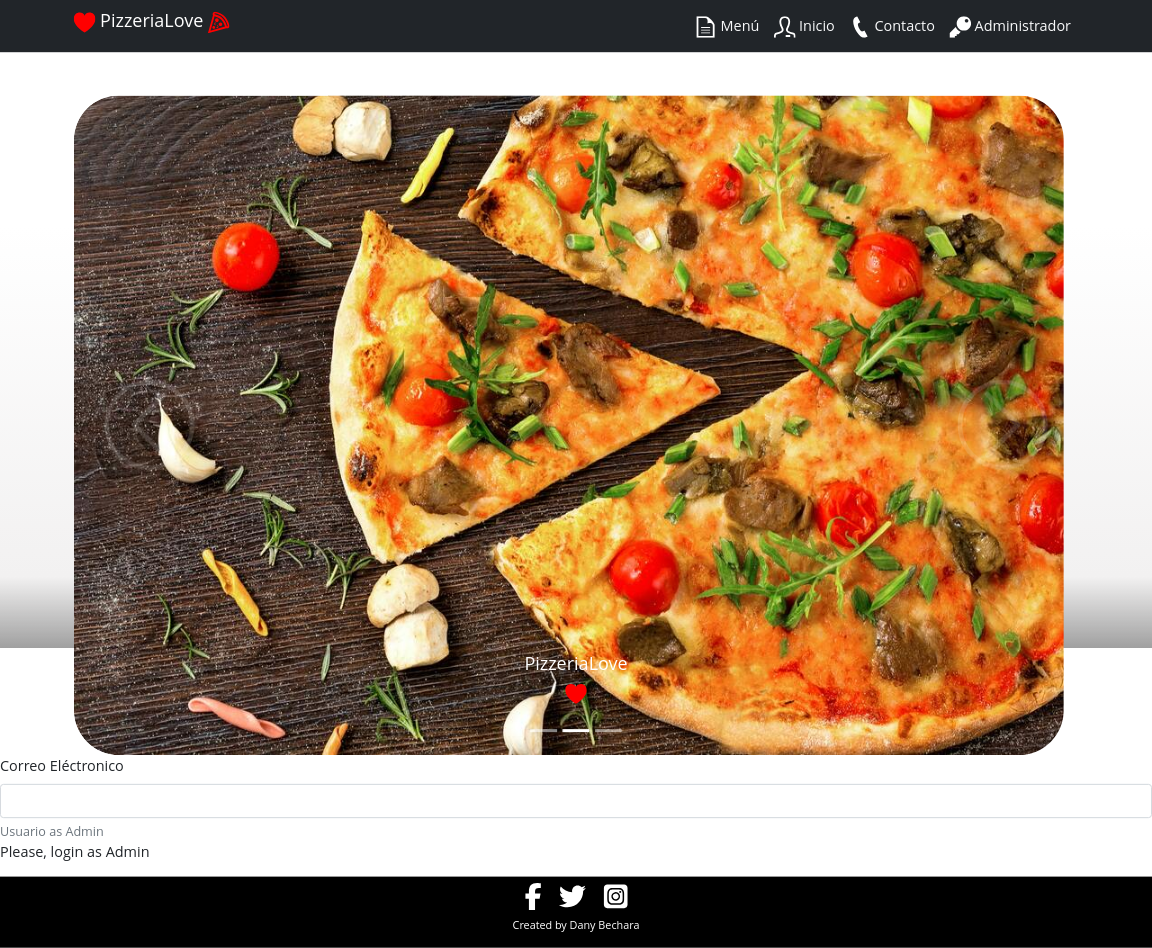
Repository: bechara611/PizzeriaLove
Page: /administrador
The author's editor kept a copy of each file at every save. The page is drawn from the files as they stood at one save, then again after the next save.
The browser window is 1280 px wide. The pictures show the whole page, at 90% of full size.
The page's requests for data from a server got no answer. Backgrounds fixed to the window are drawn as part of the page. The project was rebuilt for these pictures with package versions that can differ from the ones it lists, and the page was loaded fresh each time. No one was signed in, and anything a server would have sent is missing. Also part of the build but not shown: src/App.css, src/App.js, src/Componentes/Menu.css, src/Firebase/Borrar.js, src/Componentes/Menu.js, src/Componentes/FormularioAgregarMenu.css, src/Elementos/Alerta.js.

Above is the page before, as saved 2022-02-23 09:09:26.

### src/index.js
import React,{useState} from 'react';
import ReactDOM from 'react-dom';
import './index.css';
import 'bootstrap/dist/css/bootstrap.css'
import 'bootstrap/dist/js/bootstrap.bundle.min';
import Header from './Componentes/Header';
import {BrowserRouter,Route, Routes,NavLink} from 'react-router-dom'
import {App,App2} from './App';
import WebFont from 'webfontloader'
import './index.css'
import Carousel from './Componentes/Carousel';
import Menu from './Componentes/Menu';
import Footer from './Componentes/Footer';
import { FormularioAgregarMenu } from './Componentes/FormularioAgregarMenu';

WebFont.load({
  google: {
    families: ['Open Sans:400,500,700', 'Sans-serif']
  }
});

const Index = () => {
  const [administrador,cambiaradministrador]=useState(false);
  return (
  <BrowserRouter>
     <Header administrador={administrador} cambiaradministrador={cambiaradministrador}></Header>
   <Carousel></Carousel>

    <Routes>
    <Route path='/' element={<Menu borrar={false} />} ></Route>
    <Route path='/administrador' element={<FormularioAgregarMenu />} ></Route>
    <Route path='/inicio' element={<Menu borrar={false} />} ></Route>
    </Routes>
    <Footer></Footer>
    </BrowserRouter>
    );
}


ReactDOM.render(

  <Index />,
  document.getElementById('root')
);

### src/index.css
* {
  margin: 0;
  font-family:'Open Sans';
  /* Permalink - use to edit and share this gradient: https://colorzilla.com/gradient-editor/#ffffff+0,ffffff+100&1+0,0+100;White+to+Transparent */



}


body
{
  background: rgb(255,255,255);
  background: linear-gradient(180deg, rgba(255,255,255,1) 0%, rgba(255,255,255,1) 35%, rgba(242,241,241,1) 89%, rgba(10,10,10,0.38699229691876746) 100%);

  background-attachment:fixed;
}

### src/Componentes/Header.js
import {NavLink} from 'react-router-dom'
import styled from 'styled-components';
import { BotonTipoNavLink,BotonTipoNavLinkA } from '../Elementos/BotonTipoNavLink';
import {Pizza2,Administrador2,Inicio2,Menu2,Contacto2,Heart2}from '../Elementos/ImagenesSVG';
import {App,App2} from './../App';
import './Header.css'


const Header = ({cambiaradministrador},{administrador}) => {
    let url1,urladmin;
    url1="/inicio";
    urladmin='/administrador'
      return (
        <>

        <nav className="navbar navbar-expand-sm navbar-dark bg-dark  header_nav">
        <div className="container contenedor1 ">
        <div className='hijo1_header'>
         <BotonTipoNavLink to={url1} className="navbar-brand"> <Heart2 / > PizzeriaLove <Pizza2></Pizza2></BotonTipoNavLink>



        </div>
      <div className='hijo2_header'>
        <button
        className="navbar-toggler mt-2"
        type="button"
        data-bs-toggle="collapse"
        data-bs-target="#menu"
        aria-controls="menu"
        aria-expanded="false"
        aria-label="Mostrar / Ocultar Menu"
      >
        <span className="navbar-toggler-icon"></span>
      </button>

      <div className="collapse navbar-collapse" id="menu">
      <ul className="navbar-nav me-auto mb-2 mb-lg-0 header_menu">
      <li className="nav-item opcion"><a href="#menuu" className="nav-link text-light  opcion"><Menu2></Menu2> Menú</a></li>
        <li className="nav-item"><BotonTipoNavLinkA to={url1} className="nav-link text-light"><Inicio2/> Inicio</BotonTipoNavLinkA></li>
        <li className="nav-item"><BotonTipoNavLink to={url1} className="nav-link text-light"> <Contacto2 /> Contacto</BotonTipoNavLink></li>
        <li className="nav-item"><BotonTipoNavLink to={urladmin} className="nav-link text-light"> <Administrador2 /> Administrador</BotonTipoNavLink></li>
      </ul>

    </div>
    </div>
        </div>

      </nav>

      </>
       );
    }

    export default Header;

### src/Componentes/Carousel.js
import { Heart2 } from '../Elementos/ImagenesSVG'
import imagen1 from './../Imagenes/carousel1.jpg'
import imagen2 from './../Imagenes/carousel2.jpg'
import imagen3 from './../Imagenes/carousel3.jpg'
import './Carousel.css'
const Carousel = () => {
    return (

        <>
<section className="main">
  <div className="container">
    <div className="row mt-5">
      <div className="col">
        <div className="carousel slide carousel-fade" id="mi-carousel" data-bs-ride="carousel">
          <div className="carousel-inner">
            <div className="carousel-item active">
            <div className="carousel-caption">
            <h5>PizzeriaLove</h5>
            <p><Heart2></Heart2></p>
          </div>
              <img className="img-fluid" src={imagen1} alt='' />
            </div>

            <div className="carousel-item" data-bs-interval="5000">
              <div className="carousel-caption">
                <h5>PizzeriaLove</h5>
                <p><Heart2></Heart2></p>
              </div>
              <img className="img-fluid" src={imagen2}  alt=''/>
            </div>
            <div className="carousel-item">
            <div className="carousel-caption">
            <h5>PizzeriaLove</h5>
            <p><Heart2></Heart2></p>
          </div>
            <img className="img-fluid" src={imagen3} alt='' />
            </div>
          </div>



          <button
            className="carousel-control-prev botonprev"
            type="button"
            data-bs-target="#mi-carousel"
            data-bs-slide="prev"
          >
            <span className="carousel-control-prev-icon  icono" aria-hidden="true"></span>
            <span className="visually-hidden">Prev</span>
          </button>
          <button
            className="carousel-control-next"
            type="button"
            data-bs-target="#mi-carousel"
            data-bs-slide="next"
          >
            <span className="carousel-control-next-icon icono" aria-hidden="true"></span>
            <span className="visually-hidden">Next</span>
          </button>




          <div className="carousel-indicators">
            <button
              type="button"
              className="active"
              data-bs-target="#mi-carousel"
              data-bs-slide-to="0"
              aria-label="Slide 1"
            ></button>
            <button
              type="button"
              className=""
              data-bs-target="#mi-carousel"
              data-bs-slide-to="1"
              aria-label="Slide 2"
            ></button>
            <button
              type="button"
              className=""
              data-bs-target="#mi-carousel"
              data-bs-slide-to="2"
              aria-label="Slide 3"
            ></button>
          </div>
        </div>
      </div>
    </div>
  </div>

</section>


        </>
     );
}

export default Carousel;

### src/Componentes/Footer.js
import styled from "styled-components";
import './Footer.css'
import { FontAwesomeIcon } from '@fortawesome/react-fontawesome'
import { faCoffee } from '@fortawesome/free-solid-svg-icons'
import {  faFacebookF,faInstagramSquare,faTwitter } from '@fortawesome/free-brands-svg-icons';
import useObtenerMenu from "../Hooks/useObtenerMenu";


const Footer = () => {
    let face='https://www.facebook.com';
    let insta='https://www.instagram.com';
    let twitter='https://www.twitter.com';
    let nuevaPestana="_blank"

    return (
        <>
        <div className="container-fluid " >
        <div className="row fila">
        <footer className="col-12 footer">
        <a href={face} target={nuevaPestana} className='face'><FontAwesomeIcon icon={faFacebookF}/></a>
        <a href={twitter} target={nuevaPestana} className='twitter'><FontAwesomeIcon icon={faTwitter}/></a>
        <a href={insta} target={nuevaPestana} className='instagram'><FontAwesomeIcon icon={faInstagramSquare}/></a>

        </footer>
        <p className="col-12">Created by Dany Bechara</p>
        </div>
        </div>
        </>
     );
}

export default Footer;

### src/Componentes/FormularioAgregarMenu.js
import './FormularioAgregarMenu.css'
import React,{useEffect,useState} from 'react'
import styled from 'styled-components'
import { db,app } from '../Firebase/FirebaseConfig';
import { addDoc,collection } from 'firebase/firestore';
import Alerta from '../Elementos/Alerta';
import Menu from './Menu';





const FormularioAgregarMenu = () => {
    const [platos2,cambiarplatos2]=useState([{}])
    const [precio,cambiarPrecio]=useState('');
    const [categoria,cambiarCategoria]=useState('');
    const [plato,cambiarPlato]=useState('');
    const [AlertaGenerada,CambiarAlertaGenerada]=useState(false);
    const [acceder,CambiarAcceder]=useState(false);

    const Registrar =async () => {
        try {
            await addDoc(collection(db,'menu'),
        {
            categorias:categoria,
            plato:plato,
            precio:precio
        })
        cambiarPlato('');
        cambiarCategoria('');
        cambiarPrecio('')
        CambiarAlertaGenerada(true);
        } catch (error) {
            console.log(error)
        }

    }



    return (
        <>
        <form action="">
    <label htmlFor="correo" class="form-label">Correo Eléctronico</label>
        <input type="text" name="usuario" id="usuario" className='form-control' aria-describedby='usuario' />
        <div id="usuario" class="form-text">
         Usuario as Admin
        </div>
         </form>

       {acceder===true ?
         <>
         <div className="container my-5 contenedor_formulario">
     <h2 className='my-3 text-center'>Create a new pizza</h2>
     {AlertaGenerada && <Alerta CambiarAlertaGenerada={CambiarAlertaGenerada} valorr={3}></Alerta>}
        <form action="" className='' onSubmit={(e)=>{
            e.preventDefault();
            Registrar();
        }}>
        <div className="row">
        <div className="col-12">
        <label htmlFor='plato' className="form-label">New plate</label>
            <input value={plato} required type="text" className='form-control' name="plato" id="plato" aria-describedby='ayuda-plato'
            onChange={(e)=>{
                cambiarPlato(e.target.value)
            }}/>
            <div id="ayuda-plato" className="form-text">
            Please, insert the new plate.
            </div>
            </div>
            <div className="col-6">
            <label htmlFor='categorias' className="form-label">Category</label>
            <input required value={categoria} type="text" className='form-control' name="categorias" id="categorias" aria-describedby='ayuda-categorias'
            onChange={(e)=>{
                cambiarCategoria(e.target.value)
            }} />
            <div id="ayuda-plato" className="form-text">
            Please, insert the categoria.
            </div>
            </div>
            <div className="col-6">
            <label htmlFor='precio' className="form-label">Price</label>
            <input required value={precio} type="text" className='form-control' name="precio" id="precio" aria-describedby='ayuda-number'
             onChange={(e)=>{
                cambiarPrecio(e.target.value.replace(/[^0-9.]/g,''));
            }}/>
            <div id="ayuda-number" className="form-text">
            Please, insert the price.
            </div>

            </div>




        </div>
        <div className="row">
        <div className="col-12 my-4">  <button type='submit' className=' btn btn-primary col-12'>INSERT</button></div>
        </div>
            </form>
        </div>

        <Menu borrar={true}></Menu>
         </>
         :
          <><p>Please, login as Admin</p></>}

        </>
         );

}

export {FormularioAgregarMenu}

### src/Elementos/BotonTipoNavLink.js
import styled from "styled-components"
import { NavLink } from "react-router-dom"
    const BotonTipoNavLink = styled(NavLink)`
    &:hover
    {
      text-decoration: underline;
      color: black;
    }
    `

    const BotonTipoNavLinkA=styled(BotonTipoNavLink)`
    text-decoration: none;
      color: black;
      cursor:pointer;
    `
    export {BotonTipoNavLink,BotonTipoNavLinkA}

### src/Elementos/ImagenesSVG.js
import styledComponents from 'styled-components';
import {ReactComponent as Pizza} from './../Imagenes/Pizza.svg'
import {ReactComponent as Inicio} from './../Imagenes/Inicio.svg'
import {ReactComponent as Menu} from './../Imagenes/Menu.svg'
import {ReactComponent as Administrador} from './../Imagenes/Administrador.svg'
import {ReactComponent as Contacto} from './../Imagenes/Contacto.svg'
import {ReactComponent as Heart} from './../Imagenes/Heart.svg'
import {ReactComponent as Trash} from './../Imagenes/Trash.svg'
const Pizza2 = styledComponents(Pizza)`
font-size:10px;
z-index: 1;
color:white;
fill:red;

`;
const Inicio2 = styledComponents(Inicio)`
font-size:10px;
z-index: 1;
color:white;
fill:white;

`;
const Menu2 = styledComponents(Menu)`
font-size:10px;
z-index: 1;
color:white;
fill:white;

`;
const Administrador2 = styledComponents(Administrador)`
font-size:10px;
z-index: 1;
color:white;
fill:white;

`;

const Contacto2 = styledComponents(Contacto)`
font-size:10px;
z-index: 1;
color:white;
fill:white;

`;

const Heart2 = styledComponents(Heart)`
font-size:10px;
z-index: 1;
color:white;
fill:red;

`;

const Trash2=styledComponents(Trash)`
fill:blue;
cursor:pointer;
`

export {Pizza2,Administrador2,Inicio2,Menu2, Contacto2,Heart2,Trash2}

### src/Componentes/Header.css

*{
   box-sizing: border-box;
   margin: 0;
   padding: 0;


}
.header_nav2
{
    /* margin-top: -8px; */
    background: -moz-linear-gradient(top,  rgba(211,126,128,1) 0%, rgba(146,171,207,0) 76%, rgba(134,179,222,0) 90%, rgba(125,185,232,0) 100%); /* FF3.6-15 */
background: -webkit-linear-gradient(top,  rgba(211,126,128,1) 0%,rgba(146,171,207,0) 76%,rgba(134,179,222,0) 90%,rgba(125,185,232,0) 100%); /* Chrome10-25,Safari5.1-6 */
background: linear-gradient(to bottom,  rgba(211,126,128,1) 0%,rgba(146,171,207,0) 76%,rgba(134,179,222,0) 90%,rgba(125,185,232,0) 100%); /* W3C, IE10+, FF16+, Chrome26+, Opera12+, Safari7+ */
filter: progid:DXImageTransform.Microsoft.gradient( startColorstr='#d37e80', endColorstr='#007db9e8',GradientType=0 ); /* IE6-9 */


}
body
{
    /* background: url(./../Imagenes/textura.png);
	background-repeat: repeat;
	background-attachment: fixed; */
}

.nav
{


}

.contenedor12
{

    /* min-height: 300px;  */
}

.hijo1_header
{
    align-self: start;
    /* margin-top: 2%; */

}
.hijo2_header
{
    /* margin-top: 2%; */
    align-self: start;
}
.header_menu
{

}

.opcion
{
text-decoration: dotted;
display: inline-block;
opacity: 1;

}



.opcion:hover
{
    text-decoration: underline;
}

.opcion:link
{
color: green;
}

### src/Componentes/Carousel.css
.carousel-inner{border-radius: 50px;}
.carousel-item{border-radius: 50px;}
.img-fluid{border-radius: 50px;}
.icono {
    height: 100px;
    width: 100px;

      /*shape border*/
      border: 5px solid white;
      border-radius: 50%; /*zero for square */
      opacity: 0.3;
      /*symbol */
      color: BLACK;



}
.icono:hover{opacity: 1;}

### src/Firebase/FirebaseConfig.js
import { initializeApp } from "firebase/app";
import { getAnalytics } from "firebase/analytics";
import { getFirestore } from "firebase/firestore";
import { getAuth, createUserWithEmailAndPassword } from "firebase/auth";

const firebaseConfig2 = {
    apiKey: "AIzaSyDhYuWK_8Uy4S-BtkFmFfityIjQnt4M3Is",
    authDomain: "pizzerialove-00.firebaseapp.com",
    projectId: "pizzerialove-00",
    storageBucket: "pizzerialove-00.appspot.com",
    messagingSenderId: "356504995914",
    appId: "1:356504995914:web:c5fee404edbf5f32affeb3",
    measurementId: "G-CK1N9HMEKD"
  };


    const firebaseConfig = {
      apiKey:process.env.REACT_APP_FIREBASE_API_KEY,
      authDomain:process.env.REACT_APP_FIREBASE_AUTH_DOMAIN,
      projectId:process.env.REACT_APP_FIREBASE_PROJECT_ID,
      storageBucket:process.env.REACT_APP_FIREBASE_STORAGE_BUCKET,
      messagingSenderId:process.env.REACT_APP_FIREBASE_MESSAGING_SENDER_ID,
      appId:process.env.REACT_APP_FIREBASE_APP_ID,
      measurementId:process.env.REACT_APP_FIREBASE_MEASUREMENT_ID
    };



// Initialize Firebase
const app = initializeApp(firebaseConfig);
const analytics = getAnalytics(app);
const db= getFirestore();
const auth=getAuth();

export {app,analytics,db,auth};

### src/Hooks/useObtenerMenu.js
import React,{useEffect,useState} from 'react'
import { db } from '../Firebase/FirebaseConfig';
import { collection,onSnapshot } from 'firebase/firestore';

const useObtenerMenu = () => {
    const [platos,cambiarplatos]=useState([{}])
    useEffect(()=>{

            const FuncionObtenerMenu=onSnapshot(collection(db,'menu'), (snapShot)=>{

               let vectormenu=snapShot.docs.map((documento)=>{
                  // console.log(documento.id)
                    return {...documento.data(),id:documento.id}
                })
              //  console.log(vectormenu);
                cambiarplatos(vectormenu)
            })





          },[])
          return [platos,cambiarplatos]
}

export default useObtenerMenu;

### src/Componentes/Footer.css
.footer
{
    display: flex;
    flex-direction: row;
    justify-content: center;

}
.fila
{
    display: flex;
    justify-content: center;
    text-align: center;
    background: black;
    font-size: 12px;
}
.fila p
{

color: white;
}
.footer a{
    text-decoration: none;
font-size: 30px;
display: inline-block;
color: white;
margin: 0 10px;
}
.face:hover{color: blue;}
.twitter:hover{color: lightblue;}
.instagram:hover{color:#fcaf45}

Loaded but not shown: public/index.html (common file)

After the next save:
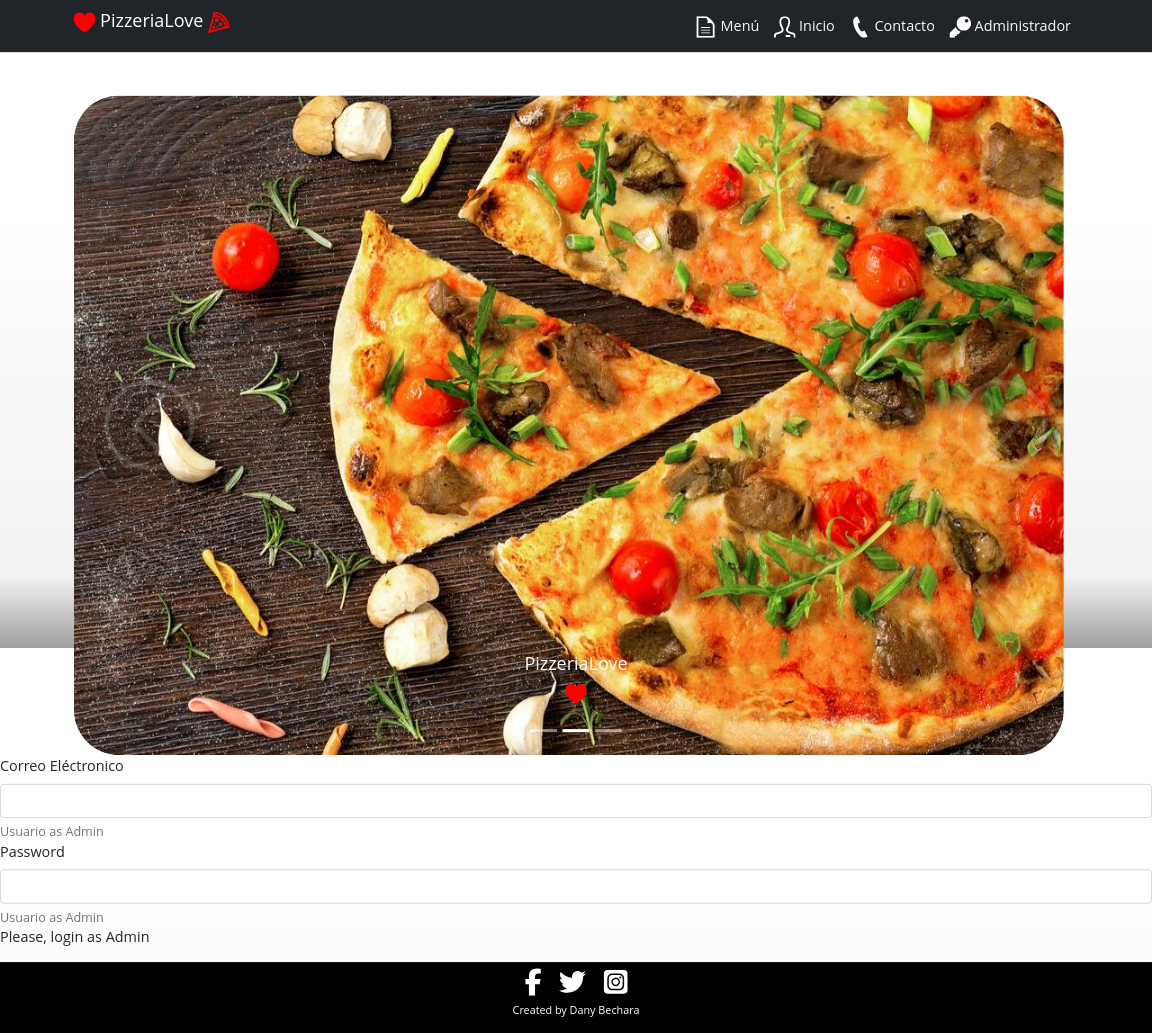
Saved 26 s later.
--- a/src/Componentes/FormularioAgregarMenu.js
+++ b/src/Componentes/FormularioAgregarMenu.js
@@ -43,6 +43,11 @@ const FormularioAgregarMenu = () => {
         <form action="">
     <label htmlFor="correo" class="form-label">Correo Eléctronico</label>
         <input type="text" name="usuario" id="usuario" className='form-control' aria-describedby='usuario' />
+        <div id="usuario" class="form-text">
+         Usuario as Admin
+        </div>
+        <label htmlFor="password" class="form-label">Password</label>
+        <input type="password" name="password" id="password" className='form-control' aria-describedby='password' />
         <div id="usuario" class="form-text">
          Usuario as Admin
         </div>
